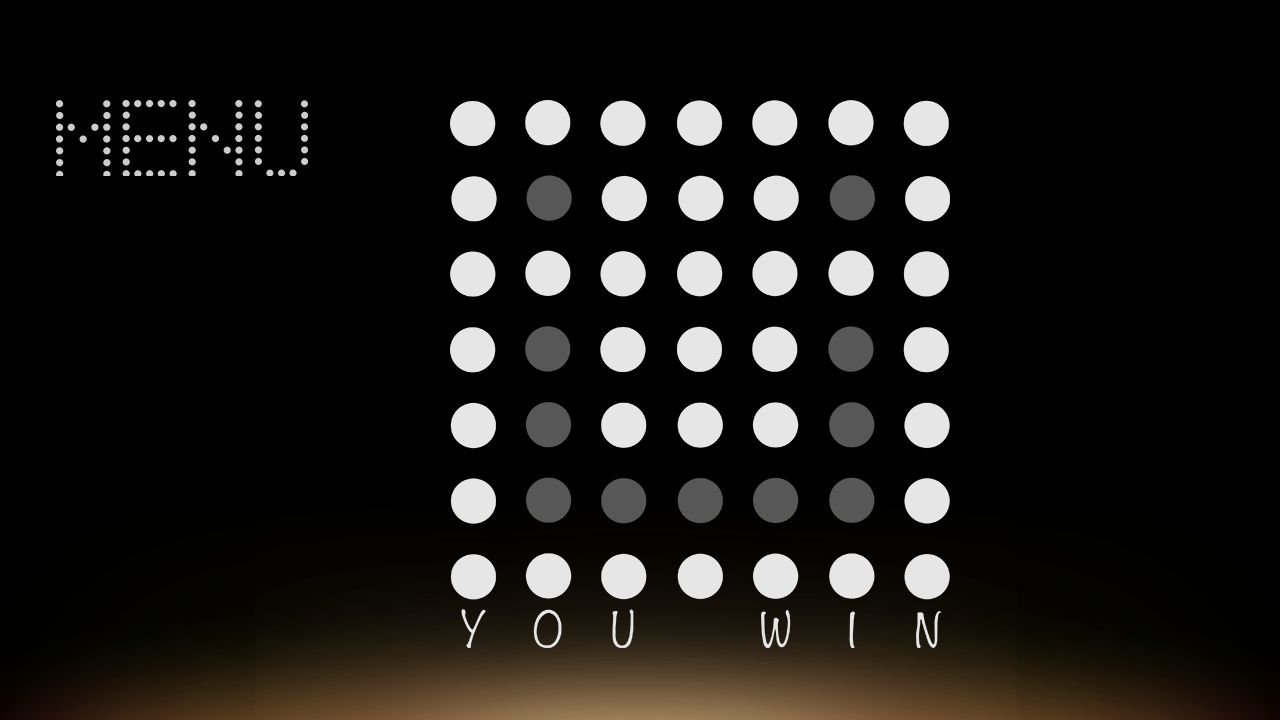
Repository: huanz488/huanz488-github.io
Page: dot/project3rule.html
The author's editor kept a record of every edit. The page is drawn from the files as they stood at one moment, then again after the next edit.
The browser window is 1280 px wide. The pictures show the whole page.
Some web libraries are served in a nearby version.

Above is the page before.

### dot/project3rule.html
<html>
    <head>
        <title>Rule</title>
        <link rel="Shortcut Icon" href="images/jia.ico">
        <script src="https://ajax.googleapis.com/ajax/libs/jquery/1.11.2/jquery.min.js"></script>
        <link href="project3winwin.css" rel="stylesheet" type="text/css" />

    </head>

    <body>

        <a href="project3hellopage.html"><div class="menu"></div></a>


        <article id="wrap">
    	<section id="lightings">
    	<div class="lights" id="one">
            <div class="lights" id="two">
                <div class="lights" id="three">
                    <div class="lights" id="four">
                        <div class="lights" id="five">

                        </div>
                    </div>
                </div>
            </div>
		</div>
    </section>
</article>

        <div class="winwin"></div>


        <div id="exitArrow"></div>
    </body>

</html>

### dot/project3winwin.css
body {
    overflow: hidden;
    background-color:black;
    margin: 0px 0px 0px 0px;
    padding: 0;

}

.menu {
background: url(bottom/menu.png);
width: 252px;
height: 76px;
text-align: center;
margin: auto;
position: absolute;
margin:100px 0px 0px 56px;

}

.menu:hover {
background: url(bottom/menu1.png);
width: 252px;
height: 76px;
text-align: center;
margin: auto;
position: absolute;
margin:100px 0px 0px 56px;

}



.process {
background: url(bottom/5of5.png);
width: 184px;
height: 80px;
text-align: center;
margin: auto;
position: absolute;
margin:438px 0px 0px 1120px;

}



.win {
background: url(bottom/win.png);
width: 250px;
height: 51px;
text-align: center;
margin: auto;
position: absolute;
margin: 279px 0px 0px 937px;

}


/*///music///*/

audio {
  display: none;
}

/*///hello page///*/

.winwin {
background: url(images/winwin.png);
width: 500px;
height: 548px;
text-align: center;
margin: auto;
position: absolute;
margin:100px 0px 0px 450px;

}

.play {
background: url(bottom/play.png);
width: 200px;
height: 63px;
text-align: center;
margin: auto;
position: absolute;
margin:632px 0px 0px 450px;

}

.play:hover {
background: url(bottom/play1.png);
width: 200px;
height: 63px;
margin:632px 0px 0px 450px;

}

.rule {
background: url(bottom/rule.png);
width: 200px;
height: 62px;
text-align: center;
margin: auto;
position: absolute;
margin:632px 0px 0px 750px;

}

.rule:hover {
background: url(bottom/rule1.png);
width: 200px;
height: 63px;
margin:632px 0px 0px 750px;

}
/*////////////////background////////////*/

#lightings
{
	bottom: -60px;
	position: absolute;
	width: 100%;
}

.lights
{
	/*border-radius*/
	-webkit-border-radius: 50%;
	-moz-border-radius: 50%;
	border-radius: 50%;
	height: 20px;
	width: 100%;
	position: relative;
	margin: auto;

}

#one
{
	/*animation*/
	-webkit-animation: one 5s ease-in-out infinite alternate;
	-moz-animation: one 5s ease-in-out infinite alternate;
	-ms-animation: one 5s ease-in-out infinite alternate;
	-o-animation: one 5s ease-in-out infinite alternate;
	animation: one 5s ease-in-out infinite alternate;
}
@-webkit-keyframes
one { from {
-webkit-box-shadow: 0 0 250px 20px #473C78;
}

to { -webkit-box-shadow: 0 0 100px 15px #F72A3B; }
}
@-moz-keyframes
one { from {
-moz-box-shadow: 0 0 250px 20px #473C78;
}

to { -moz-box-shadow: 0 0 100px 15px #F72A3B; }
}
@-o-keyframes
one { from {
-o-box-shadow: 0 0 250px 20px #473C78;
}

to { -o-box-shadow: 0 0 100px 15px #F72A3B; }
}

#two
{
	width: 90%;
	/*animation*/
	-webkit-animation: two 4s ease-in-out infinite alternate;
	-moz-animation: two 4s ease-in-out infinite alternate;
	-ms-animation: two 4s ease-in-out infinite alternate;
	-o-animation: two 4s ease-in-out infinite alternate;
	animation: two 4s ease-in-out infinite alternate;
}
@-webkit-keyframes
two { from {
-webkit-box-shadow: 0 0 250px 20px #18C499;
}

to { -webkit-box-shadow: 0 0 100px 15px #D8F05E; }
}
@-moz-keyframes
two { from {
-moz-box-shadow: 0 0 250px 20px #18C499;
}

to { -moz-box-shadow: 0 0 100px 15px #D8F05E; }
}
@-o-keyframes
two { from {
-o-box-shadow: 0 0 250px 20px #18C499;
}

to { -o-box-shadow: 0 0 100px 15px #D8F05E; }
}

#three
{
	width: 80%;
	/*animation*/
	-webkit-animation: three 3s ease-in-out infinite alternate;
	-moz-animation: three 3s ease-in-out infinite alternate;
	-ms-animation: three 3s ease-in-out infinite alternate;
	-o-animation: three 3s ease-in-out infinite alternate;
	animation: three 3s ease-in-out infinite alternate;
}
@-webkit-keyframes
three { from {
-webkit-box-shadow: 0 0 250px 20px #FFDD00;
}

to { -webkit-box-shadow: 0 0 100px 15px #3E33FF; }
}
@-moz-keyframes
three { from {
-moz-box-shadow: 0 0 250px 20px #FFDD00;
}

to { -moz-box-shadow: 0 0 100px 15px #3E33FF }
}
@-o-keyframes
three { from {
-o-box-shadow: 0 0 250px 20px #FFDD00;
}

to { -o-box-shadow: 0 0 100px 15px #3E33FF }
}

#four
{
	width: 70%;
	/*animation*/
	-webkit-animation: four 2s ease-in-out infinite alternate;
	-moz-animation: four 2s ease-in-out infinite alternate;
	-ms-animation: four 2s ease-in-out infinite alternate;
	-o-animation: four 2s ease-in-out infinite alternate;
	animation: four 2s ease-in-out infinite alternate;
}
@-webkit-keyframes
four { from {
-webkit-box-shadow: 0 0 250px 20px #781848;
}

to { -webkit-box-shadow: 0 0 100px 15px #F2BBE9; }
}
@-moz-keyframes
four { from {
-moz-box-shadow: 0 0 250px 20px #781848;
}

to { -moz-box-shadow: 0 0 100px 15px #F2BBE9; }
}
@-o-keyframes
four { from {
-o-box-shadow: 0 0 250px 20px #781848;
}

to { -o-box-shadow: 0 0 100px 15px #F2BBE9; }
}

#five
{
	width: 60%;
	/*animation*/
	-webkit-animation: five 1s ease-in-out infinite alternate;
	-moz-animation: five 1s ease-in-out infinite alternate;
	-ms-animation: five 1s ease-in-out infinite alternate;
	-o-animation: five 1s ease-in-out infinite alternate;
	animation: five 1s ease-in-out infinite alternate;
}
@-webkit-keyframes
five { from {
-webkit-box-shadow: 0 0 250px 20px #42F2A1;
}

to { -webkit-box-shadow: 0 0 100px 15px #F4F6AD; }
}
@-moz-keyframes
five { from {
-webkit-box-shadow: 0 0 250px 20px #42F2A1;
}

to { -webkit-box-shadow: 0 0 100px 15px #F4F6AD; }
}
@-o-keyframes
five { from {
-webkit-box-shadow: 0 0 250px 20px #42F2A1;
}

to { -webkit-box-shadow: 0 0 100px 15px #F4F6AD; }
}

After the next edit:
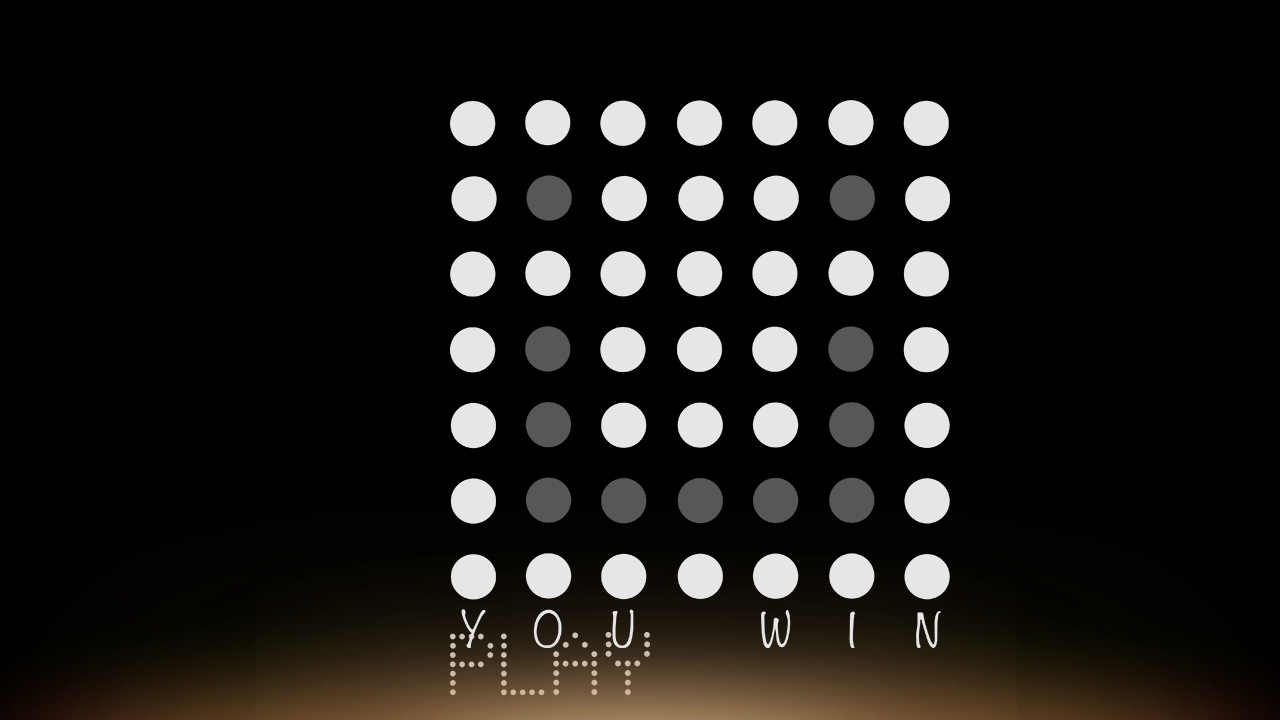
The edit:
--- a/dot/project3rule.html
+++ b/dot/project3rule.html
@@ -9,7 +9,8 @@
 
     <body>
 
-        <a href="project3hellopage.html"><div class="menu"></div></a>
+        <a href="project3hellopage.html"><div class="play"></div></a>
+
 
 
         <article id="wrap">
